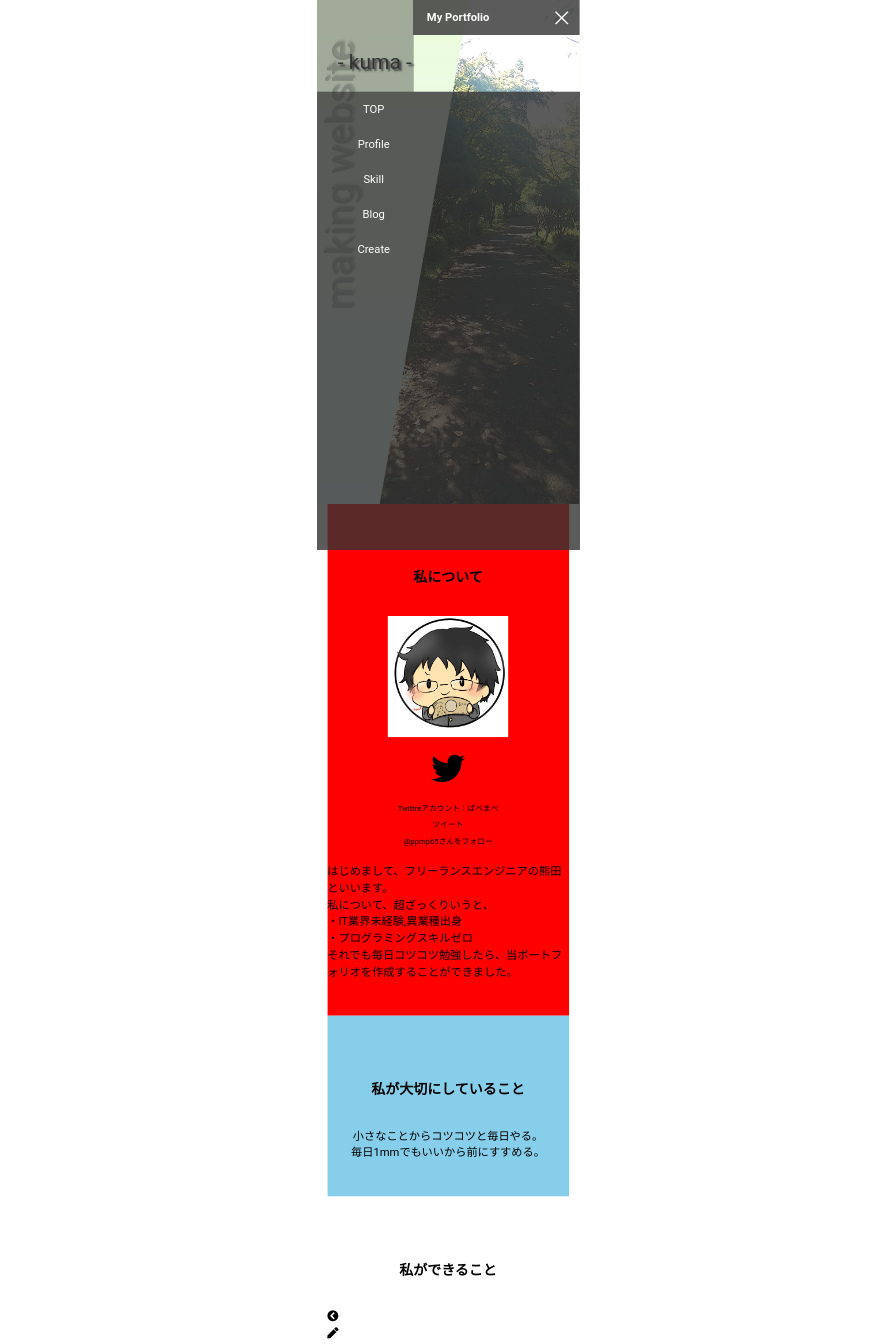
Repository: ppmp556/portfolio6
Page: index copy.html
The author's editor kept a copy of each file at every save. The page is drawn from the files as they stood at one save, then again after the next save.
The browser window is 1280 px wide. The pictures show the part of the page from y = 0 to 1920 px (the page is 3189 px tall), at 70% of full size.
After loading, the first visible `#nav_toggle` was clicked once.
Some web libraries are served in a nearby version. The style sheet was rebuilt from its Sass, Less or Tailwind sources for each picture, by a compiler version that may differ from the author's.

Above is the page before, as saved 2020-10-13 16:48:39.
Console error: TypeError: Cannot read properties of null (reading 'addEventListener')

### index copy.html
<!DOCTYPE html>
<html ja>
  <head>
    <meta charset="utf-8" />
    <meta
      name="viewport"
      content="width=device-width, initial-scale=1.0, maximum-scale=1.0, minimum-scale=1.0"
    />
    <title>ポートフォリオ</title>
    <link rel="stylesheet" href="css/faundation.css" />
    <link rel="stylesheet" href="css/main.css" />
    <link
      href="https://use.fontawesome.com/releases/v5.6.1/css/all.css"
      rel="stylesheet"
    />
    <script src="https://ajax.googleapis.com/ajax/libs/jquery/3.4.1/jquery.min.js"></script>
  </head>

  <body>
    <div class="container">

      <div class="kv" id="kv">
        <div class="kv_container">
          <img src="images/道.jpg" alt="" class="kv_img">


          <!-- <img src="/images/3566338_s.jpg" alt="" class="kv_img"> -->
          <!-- <img src="/images/3566338_s.jpg" alt="" class="kv_img"> -->
          <!-- <img src="/images/3566338_s.jpg" alt="" class="kv_img"> -->
          <!-- <img src="/images/3566338_s.jpg" alt="" class="kv_img"> -->

          <div class="kv_wrapper line">
            <p class="kv_animetype">
                <!-- ポートフォリオ<span class="line_type">|</span> -->
            </p><!-- /.kv_animetype -->

          </div><!-- /.kv_wrapper -->
        </div><!-- /.kv_container -->
      </div>
      <!-- /#kv.kv -->

      <header class="header" id="top">
        <div class="header_inner flex">
          <h1 class="header_ttl"><a href="index.html">My Portfolio</a></h1>
          <!-- /.header_ttl -->

          <nav class="nav">
            <!-- ハンバーガーメニュー部分 -->

            <div class="nav_ham" id="nav_toggle">
              <span class="nav_line tg1"></span>
              <span class="nav_line tg2"></span>
              <span class="nav_line tg3"></span>
            </div>
            <!-- ハンバーガーメニューここまで -->

            <ul class="nav_list flex">
              <div class="nav_inner">
                <li class="nav_item">
                  <a href="#Top" class="nav_link">TOP</a>
                </li>
                <!-- /.nav_item -->
                <li class="nav_item">
                  <a href="#about" class="nav_link">Profile</a>
                </li>
                <!-- /.nav_item -->
                <li class="nav_item">
                  <a href="#skill" class="nav_link">Skill</a>
                </li>
                <!-- /.nav_item -->
                <li class="nav_item">
                  <a href="#blog" class="nav_link">Blog</a>
                </li>
                <!-- /.nav_item -->
                <li class="nav_item">
                  <a href="#create" class="nav_link">Create</a>
                </li>
                <!-- /.nav_item -->
              </div><!-- /.nav_inner -->
            </ul>
            <!-- /.nav_list -->
          </nav>
          <!-- /.nav -->
        </div><!-- /.header_inner -->
      </header>
      <!-- /.header -->



      <main class="main_container">
        <div class="inner">

          <section class="about" id="about">
            <h2 class="section_ttl">私について</h2>
            <!-- /.section_ttl -->

            <div class="section_inner">
              <div class="about_left">
                <div class="about_imgbox">
                  <img src="images/アイコン.jpg" alt="" class="about_img">
                  <div class="about_share">
                    <a href="" class="about_share_icon">
                      <i class="fab fa-twitter fa-3x share"></i>
                      <p class="about_sharetxt">Twittreアカウント：ぱぺまぺ</p>
                      <!-- /.about_sharetxt --> </a
                    ><!-- /.about_share_icon -->
                      <br>
                    <a
                      href="https://twitter.com/share"
                      class="twitter_share_button"
                      data-via="webgaku"
                      data-lang="ja"
                      >ツイート</a
                    >
                      <br>
                    <a
                      href="https://twitter.com/ppmp65"
                      class="twitter_follow_button"
                      data-show-count="false"
                      data-lang="ja"
                      >@ppmp65さんをフォロー</a
                    >
                  </div>
                  <!-- /.about_share -->
                </div>
                <!-- /.about_imgbox -->
              </div>
              <!-- /.about_left -->

              <div class="about_right">
                <p class="about_txt">
                  はじめまして、フリーランスエンジニアの熊田といいます。<br />
                  私について、超ざっくりいうと、<br />

                  ・IT業界未経験,異業種出身 <br />
                  ・プログラミングスキルゼロ<br />

                  それでも毎日コツコツ勉強したら、当ポートフォリオを作成することができました。
                </p>
                <!-- /.about_txt -->
              </div>
              <!-- /.about_right -->
            </div>
            <!-- /.section_inner -->
          </section>
          <!-- /#about.about -->

          <section class="policy" id="policy">
            <h2 class="section_ttl">私が大切にしていること</h2>
            <!-- /.section_ttl -->

            <div class="policy_animebox">
              <div class="policy_anime">
                <p class="policy_txt">
                  小さなことからコツコツと毎日やる。<br />
                  毎日1mmでもいいから前にすすめる。
                </p>
                <!-- /.policy_txt -->
              </div>
              <!-- /.policy_anime -->
            </div>
            <!-- /.policy_anime -->
          </section>
          <!-- /#policy.policy -->

          <section class="skill" id="skill">
            <div class="scroll_fade_row">
              <h2 class="section_ttl">私ができること</h2>
              <!-- /.section_ttl -->

              <div class="skill_box">
                <div class="skill_content">
                  <div class="slide_btn prev">
                    <i class="fas fa-chevron-circle-left"></i>
                  </div>
                  <!-- /.slide_btn -->

                  <div class="skill_inner">
                    <div class="skill_inbox slide active">
                      <i class="skillIcon fas fa-pen"></i>
                      <p class="skill_inboxttl">執筆</p>
                      <!-- /.skill_inboxttl -->
                      <p class="skill_txt">
                        文章を考えるのが好きです<br />
                        ブログ執筆で毎日1000～2000文字程度<br />
                        書いています。<br />
                        ブログは毎日1日1記事更新。
                      </p>
                      <!-- /.skill_txt -->
                    </div>
                    <!-- /.skill_inbox -->

                    <div class="skill_inbox slide active">
                      <i class="skillIcon fas fa-code"></i>
                      <p class="skill_inboxttl">コーディング</p>
                      <!-- /.skill_inboxttl -->
                      <p class="skill_txt">
                        独学とプログラミングスクール併用<br />
                        全くの知識ゼロから始めました。<br />
                      </p>
                      <!-- /.skill_txt -->
                    </div>
                    <!-- /.skill_inbox -->

                    <div class="skill_inbox slide active">
                      <i class="skillIcon fas fa-pen"></i>
                      <p class="skill_inboxttl">執筆</p>
                      <!-- /.skill_inboxttl -->
                      <p class="skill_txt">
                        文章を考えるのが好きです<br />
                        ブログ執筆で毎日1000～2000文字程度<br />
                        書いています。<br />
                        ブログは毎日1日1記事更新。
                      </p>
                      <!-- /.skill_txt -->
                    </div>
                    <!-- /.skill_inbox -->

                    <div class="skill_inbox slide active">
                      <i class="skillIcon fas fa-cog"></i>
                      <p class="skill_inboxttl">執筆</p>
                      <!-- /.skill_inboxttl -->
                      <p class="skill_txt">
                        文章を考えるのが好きです<br />
                        ブログ執筆で毎日1000～2000文字程度<br />
                        書いています。<br />
                        ブログは毎日1日1記事更新。
                      </p>
                      <!-- /.skill_txt -->
                    </div>
                    <!-- /.skill_inbox -->
                  </div>
                  <!-- /.skill_inner -->
                </div>
                <!-- /.skill_content -->
              </div>
              <!-- /.skill_box -->
            </div>
            <!-- /.scroll_fade_row -->
          </section>
          <!-- /#skill.skill -->

          <section class="blog" id="blog">
            <div class="scroll_fade_row">
              <h2 class="section_ttl">ブログ</h2>
              <!-- /.section_ttl -->

              <div class="section_inner">
                <h3 class="blog_txt">ぱぺまぺの低年収者のための資産運用計画</h3>
                <!-- /.blog_txt -->

                <div class="blog_imgbox">
                  <a href="https://ppmp556.com"
                    >https://ppmp556.com
                    <img
                      class="blogImg"
                      src="images/invest01.png"
                      alt="ブログ1"
                    />
                  </a>
                </div>
                <!-- /.blog_imgbox -->
                <div class="blog_txtbox">
                  <p class="blog_txt">
                    投資ブログです。<br />
                    資金が少なくてもできる投資や、<br />
                    初心者向けの投資、投資についての考え方や<br />
                    ヒントなどを発信しています。（1日1記事更新）
                  </p>
                  <!-- /.blog_txt -->
                </div>
                <!-- /.blog_txtbox -->
              </div>
              <!-- /.section_inner -->
            </div>
            <!-- /.scroll_fade_row -->
          </section>
          <!-- /#blog.blog -->

          <section class="create" id="create">
            <div class="scroll_fade_row">
              <h2 class="section_ttl">制作物</h2>
              <!-- /.section_ttl -->
              <div class="section_inner">
                <div class="create_imgbox">
                  <p class="create_ttl">ポートフォリオ<br />（このサイト）</p>
                  <!-- /.create_ttl -->

                  <!-- アコーディオンメニュー実装する -->
                </div>
                <!-- /.create_imgbox -->
              </div>
              <!-- /.section_inner -->
            </div>
            <!-- /.scroll_fade_row -->
          </section>
          <!-- /#create.create -->
        </div>
        <!-- /.inner -->
      </main>

      <footer class="footer">
        <ul class="footer_list">
          <li class="footer_nav">
            <a href="" class="footer_link"></a>
          </li>
          <!-- /.footer_nav -->
          <li class="footer_nav">
            <a href="" class="footer_link"></a>
          </li>
          <!-- /.footer_nav -->
          <li class="footer_nav">
            <a href="" class="footer_link"></a>
          </li>
          <!-- /.footer_nav -->
          <li class="footer_nav">
            <a href="" class="footer_link"></a>
          </li>
          <!-- /.footer_nav -->
          <li class="footer_nav">
            <a href="" class="footer_link"></a>
          </li>
          <!-- /.footer_nav -->
        </ul>
        <!-- /.footer_list -->

        <div class="footer_copy">
          <small class="footer_txt">@ copyright</small
          ><!-- /.footer_txt -->
        </div>
        <!-- /.footer_copy -->
      </footer>
      <!-- /.footer -->
    </div>
    <!-- /.container -->

    <!-- <btn id="page-top"><a href="#top">PAGE TOP</a></btn> -->
    <script src="https://code.jquery.com/jquery-3.4.1.js"></script>
    <script src="main.js"></script>
  </body>
</html>

### css/faundation.css
/*
html5doctor.com Reset Stylesheet
v1.6.1
Last Updated: 2010-09-17
Author: Richard Clark - http://richclarkdesign.com
Twitter: @rich_clark
*/

html,
body,
div,
span,
object,
iframe,
h1,
h2,
h3,
h4,
h5,
h6,
p,
blockquote,
pre,
abbr,
address,
cite,
code,
del,
dfn,
em,
img,
ins,
kbd,
q,
samp,
small,
strong,
sub,
sup,
var,
b,
i,
dl,
dt,
dd,
ol,
ul,
li,
fieldset,
form,
label,
legend,
table,
caption,
tbody,
tfoot,
thead,
tr,
th,
td,
article,
aside,
canvas,
details,
figcaption,
figure,
footer,
header,
hgroup,
menu,
nav,
section,
summary,
time,
mark,
audio,
video {
  margin: 0;
  padding: 0;
  border: 0;
  outline: 0;
  font-size: 100%;
  vertical-align: baseline;
  background: transparent;
}

body {
  line-height: 1.5;
}

article,
aside,
details,
figcaption,
figure,
footer,
header,
hgroup,
menu,
nav,
section {
  display: block;
}

nav ul {
  list-style: none;
}

table {
  border-collapse: collapse;
  border-spacing: 0;
}


a {
  color: inherit;
  text-decoration: none;
}


img {
  width: 100%;

  /*画像がはみでるのを防ぐ　max-width*/
  max-width: 100%;
  height: auto;

  vertical-align: bottom;
}

/* h1,h2,h3,h4,h5,h6 { */
/* font-weight: bold; */
/* } */

### css/main.scss
@charset 'utf-8';

/****************************************:

全体のスタイル

*****************************************:*/


$cWhite: #ffffff;
$cOcher: #c1a250;
$cBlack: #333;
$cGray: rgb(139, 137, 137);
$cBgColor: #eaebed;


$widthPc: 1024px;
$widthTab: 764px;
$widthSp: 480px;

@mixin fontsize($cFontSz: 3.6rem) {
    font-size: $cFontSz;
    color: $cWhite;
}





@mixin pc {
    @media screen and (min-width: $widthPc) {
        @content;
    }
}


@mixin tab {
    @media screen and (min-width: $widthTab) and (max-width: $widthPc) {
        @content;
    }
}



html {
    // ルートのフォントサイズ 10pxに設定
    font-size: 62.5%;
}

body {
    // デフォルトのフォントサイズ 16pxと同等のサイズに設定
    font-size: 1.6em;
    font-size: 16px;
    width: 375px;
    margin: 0 auto;
    font-family: "Roboto", sans-serif, "Noto Sans";
}


* {
    box-sizing: border-box;
}


.overall {
    font-family: "Yu Gothic", YuGothic, "Hiragino Kaku Gothic Pro", "YuGothic",
        "Meiryo", verdana, "Osaka", "MS PGothic", Sans-Serif, "Yu Mincho",
        YuMincho, "MS P Mincho", serif;

    background-color: $cBgColor;
}

.container {
    width: 100%;
    margin: 0 auto;
    // color: $cWhite;
    position: relative;
    overflow: hidden;
}



.mock {
    /* モック画像 */
    position: absolute;
    top: 0;
    left: 0;
    right: 0;
    margin: 0 auto;
    width: 375px;
    opacity: 0.3;

    /* 反転 */
    filter: hue-rotate(180deg);

    /* テキストを掴まないように */
    pointer-events: none;

    z-index: 999;
}



.flex {
    display: flex;
    justify-content: space-between;
}

.inner {
    margin: 0 auto;
    padding: 0 15px;
}

.section_ttl {
    display: block;
    text-align: center;
    margin: 40px 0;
    font-size: 2rem;
}

/****************************************:

kv

*****************************************:*/

.kv {
    position: relative;
    // background-color: red;
    background: linear-gradient(rgba(231, 251, 210, 0.762), rgba(202, 240, 240, 0.5));

    &_container {
        height: 100vh;

        clip-path: polygon(58% 0, 100% 0, 100% 100%, 24% 100%);



    }

    &::before {
        content: '- kuma -';

        position: absolute;
        top: 65px;
        left: 30px;
        font-size: 3rem;
        color: $cBlack;
        text-shadow: 3px 3px 3px $cBlack;
    }

    &::after {
        content: 'making website';
        position: absolute;
        top: 210px;
        left: -160px;
        font-size: 5.5rem;
        transform: rotate(-90deg);
        color: $cBlack;
        text-shadow: 3px 3px 3px $cBlack;
        opacity: .3;
    }

    &_ttl {
        color: $cBlack;
        font-size: 5rem;
    }


    &_img {
        width: 100%;
        height: 100vh;
        display: block;

    }

    &_wrapper {
        position: absolute;
        top: 50%;
        left: 50%;
        transform: translate(-50%, -50%);
    }

    &_animetype {
        color: $cWhite;
    }


}


/****************************************:
タイプアニメーション
*****************************************:*/


.line {
    // position: relative;
    top: 50%;
    width: 24em;
    text-align: center;
    margin: 0 auto;
    font-size: 100%;
    white-space: nowrap;
    overflow: hidden;
    animation: type 2.5s steps(80, end);
    animation: typewriter 4s steps(60) 1s 1 normal both,
    /* normal:標準の方向で実行、both:forwardsとbackwardsの両方の規定に従う */
    blinkTextCursor 500ms steps(60) infinite normal;

    &_type {
        font-size: 25px;
        animation: blink 1s infinite;
        /* blink:点滅、infinite:無限に繰り返す */
    }
}



@keyframes type {
    from { width: 0; }
    to   {width: 100%; }
}


@keyframes blink {
    to{opacity: .0;}
}


@keyframes typewriter {
    from { width: 0; }
    to { width: 24em; }
}

@keyframes blinkTextCursor{/*点滅するカーソルのアニメーション*/
    from { border-right-color: $cWhite; }
    to { border-right-color: transparent; }
}


















/****************************************:

header

*****************************************:*/

.header {
    position: absolute;
    top: 0;
    left: 0;
    width: 100%;
    background-color: $cBlack;
    opacity: 0.8;
    padding: 0 20px;
    line-height: 50px;
    color: $cWhite;
    z-index: 99;

    &.clicked {
        background-color: transparent;
    }

    &_inner.clicked {
        width: 85%;
        padding: 0 20px;
        margin-left: 35%;
        // background-color: red;
        background-color:$cBlack;
        transition: .3s;
    }
}









/****************************************:

nav

*****************************************:*/

.nav {
    position: relative;

    &::before {
        content: '';
        position: absolute;
        top: 0;
        left: -560px;
        background-color: $cBlack;
        opacity: .5;
        width: 140px;
        height: 100vh;
    }

    &.clicked::before {
                content: '';
                position: absolute;
                top: 0;
                left: -404px;
                background-color: $cBlack;
                opacity: .5;
                width: 140px;
                height: 100vh;
                transition: .8s;
    }



    &_list {
        position: absolute;
        right: -1000px;
        // right: -5vw;
        display: flex;
        flex-direction: column;

        &.clicked {
            right: -5vw;
            transition: .6s;
        }


    }

    &_inner {
        background-color: $cBlack;
        // background-color: red;
        // height: 88.9vh;
        height: 91vh;
        width: 60.1vw;
        margin-top: 17%;

    }

    // ハンバーガーメニュー
    &_ham {
        cursor: pointer;
        position: absolute;
        top: 50%;
        right: 0;
        transform: translateY(-50%);
        // background-color: #ffffff;
        width: 25px;
        height: 25px;
        z-index: 100;

        &.clicked {
            right: 40px;
        }
    }

    &_line {
        position: absolute;
        width: 100%;
        height: 2px;
        background-color: $cWhite;

        &:nth-child(1) {
            top: 0px;
            // left: -5px;

        }

        &:nth-child(2) {
            top: 8px;
            // left: 5px;
        }

        &:nth-child(3) {
            top: 16px;
            /* left: -5px; */
        }

        &.clicked:nth-child(1) {
            transform: translateY(12px) rotate(-315deg);
            transition: .5s;

        }
        &.clicked:nth-child(2) {
            left: 0;
            transition: .9s;
            opacity: 0;

        }
        &.clicked:nth-child(3) {
            transform: translateY(-4px) rotate(315deg);
            transition: .5s;

        }




    }

    &_item {
        text-align: center;
    }


}




/****************************************:

about

*****************************************:*/

.about {
    padding: 50px 0;
    background-color: red;

    &_imgbox {
        width: 50%;
        margin: 0 auto;
    }

    &_img {
        display: block;
        width: 100%;
        height: 100%;
    }

    &_share {
        text-align: center;

        &_icon {
            width: 100%;
        }
    }
    &_sharetxt {
        display: inline-block;
        font-size: 1.1rem;
    }

    &_left {
        margin: 20px 0;
    }
}

.share {
    padding: 20px 0;

    &:hover {
        margin-bottom: 5px;
    }
}

.twitter {

    &_share_button {
        font-size: 1.1rem;
    }

    &_follow_button {
        font-size: 1.1rem;
    }
}

.fa-twitter {
    font-size: 2rem;
}

/****************************************:

policy

*****************************************:*/

.policy {
    padding: 50px 0;
    background-color: skyblue;
    margin: 0 auto;

    &_txt {
        text-align: center;

    }
}









/****************************************:

skill

*****************************************:*/


.skill {
    padding: 50px 0;
}

Loaded but not shown: main.js (198 lines, source omitted)

After the next save:
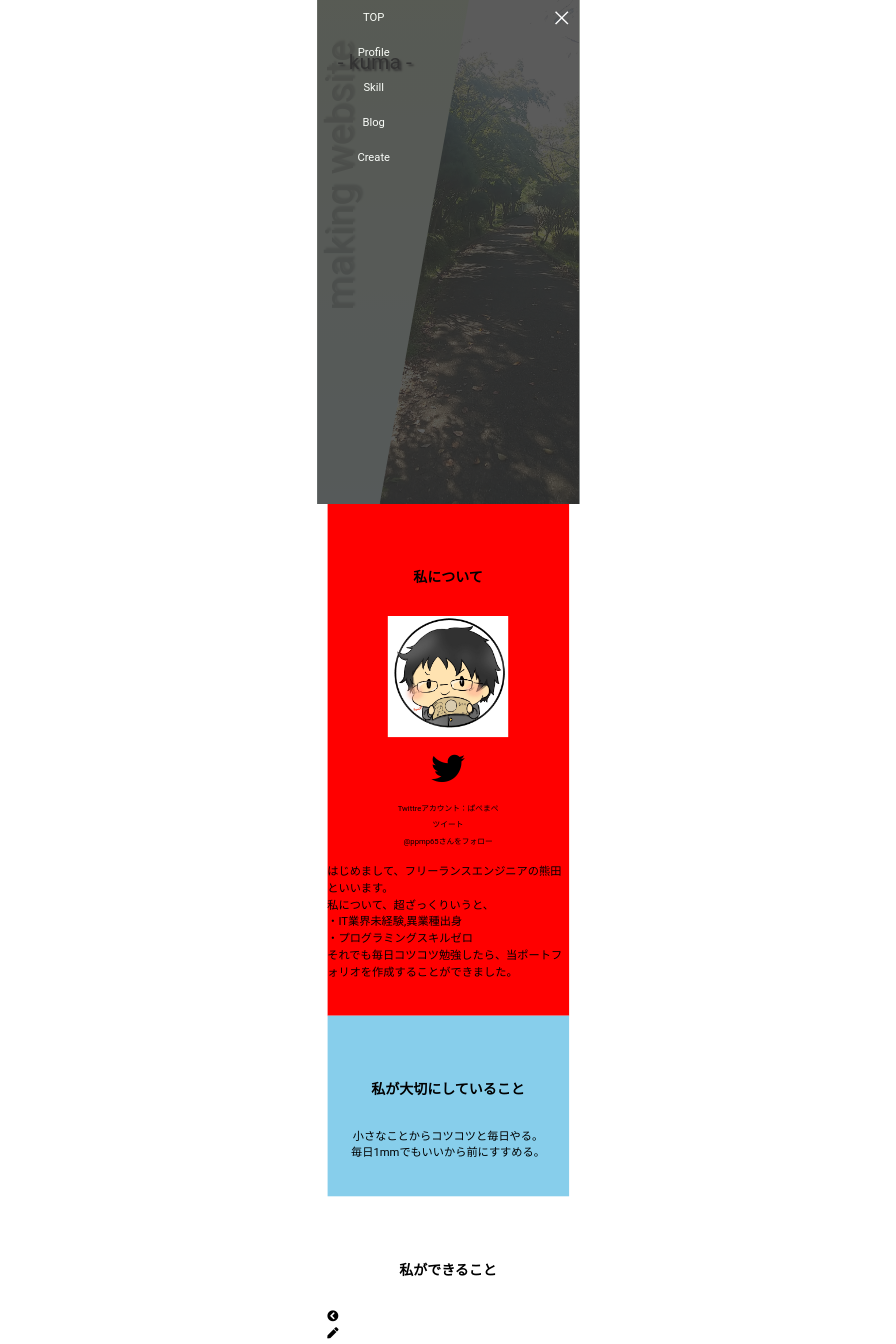
Saved 16 min 23 s later.
--- a/css/main.scss
+++ b/css/main.scss
@@ -275,6 +275,7 @@ header
 
     &.clicked {
         background-color: transparent;
+        z-index: 1;
     }
 
     &_inner.clicked {
@@ -282,7 +283,7 @@ header
         padding: 0 20px;
         margin-left: 35%;
         // background-color: red;
-        background-color:$cBlack;
+        // background-color:$cBlack;
         transition: .3s;
     }
 }
@@ -348,9 +349,9 @@ nav
         background-color: $cBlack;
         // background-color: red;
         // height: 88.9vh;
-        height: 91vh;
+        height: 100vh;
         width: 60.1vw;
-        margin-top: 17%;
+        // margin-top: 17%;
 
     }
 
